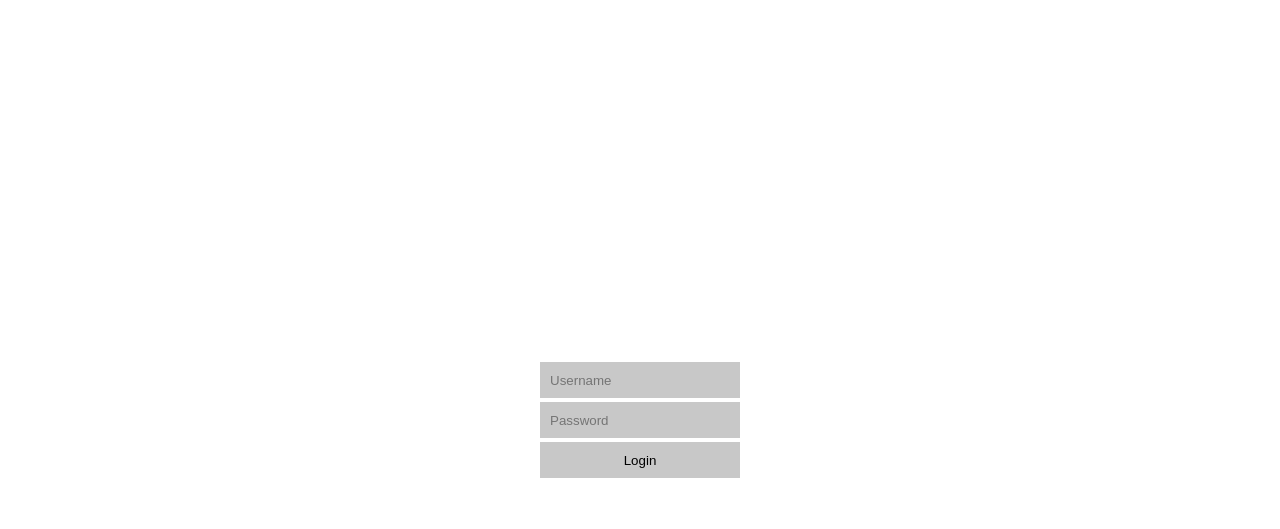
Repository: 57963/WebApp
Page: http://localhost/test-webapp/
An editor plug-in stored every save of this project. The page is shown before and after the next save, followed by the edit.
The browser window is 1280 px wide. The pictures show the whole page.
The page is served by Tomcat 9. Other server files are loaded and not shown.

Above is the page before, as saved 2016-05-15 14:02:40.

### test-webapp/src/main/webapp/WEB-INF/views/login.jsp
<%@ page language="java" contentType="text/html; charset=ISO-8859-1"
    pageEncoding="ISO-8859-1"%>
<!DOCTYPE>
<html>
	<head>
		<meta http-equiv="Content-Type" content="text/html; charset=ISO-8859-1">
		<title>Login</title>
		<style>
			body{
				background-color:white;
				color:rgb(200,200,200);
				font-family:"Arial";
			}

			form{
				position:absolute;
				width:100%;
				left:0%;
				top:50%;
				text-align:center;
				margin:0;
			}

			input/*[type="password"],[type="text"]*/{
				background-color:rgb(200,200,200);
				border-style:none;
				border-top-style:solid;
				border-top-color:white;
				border-bottom-style:solid;
				border-bottom-color:white;
				width:200px;
				height:40px;
				padding:10px;
			}

			div{
				background-color:white;
				color:red;
				margin:auto;
			}
		</style>
	</head>
	<body>
		<form action="/login" method="POST">
			<input placeholder="Username" type="text" name="username"/><br>
			<input placeholder="Password" type="password" name="password"/><br>
			<input type="submit" value="Login"/>
			<div >${error}</div>
		</form>

	</body>
</html>

After the next save:
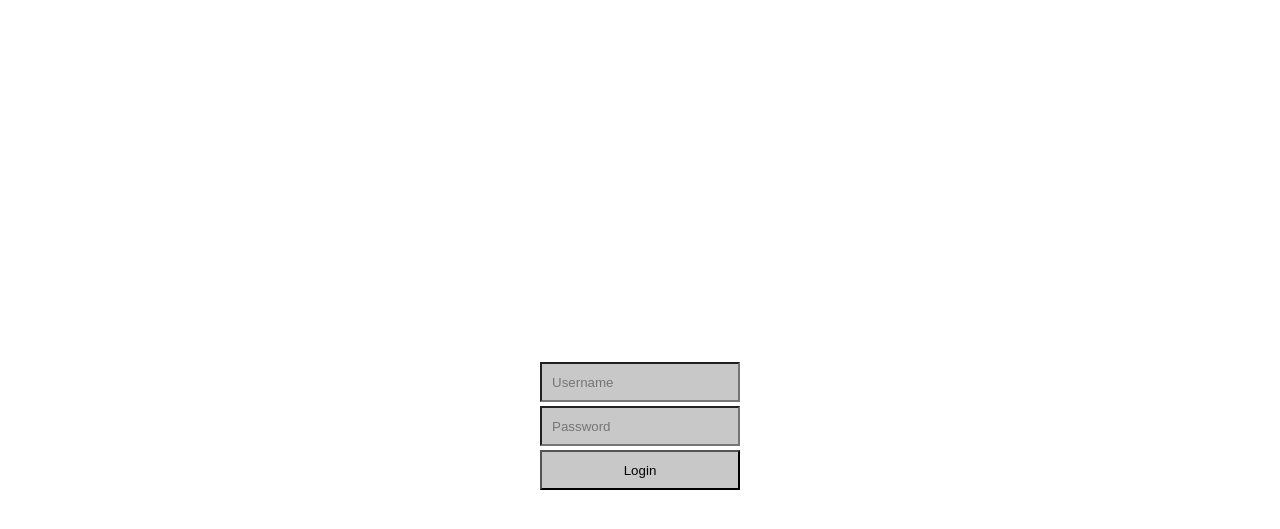
Saved 27 min 25 s later.
--- a/test-webapp/src/main/webapp/WEB-INF/views/login.jsp
+++ b/test-webapp/src/main/webapp/WEB-INF/views/login.jsp
@@ -23,11 +23,7 @@
 
 			input/*[type="password"],[type="text"]*/{
 				background-color:rgb(200,200,200);
-				border-style:none;
-				border-top-style:solid;
-				border-top-color:white;
-				border-bottom-style:solid;
-				border-bottom-color:white;
+				margin:2px;
 				width:200px;
 				height:40px;
 				padding:10px;
